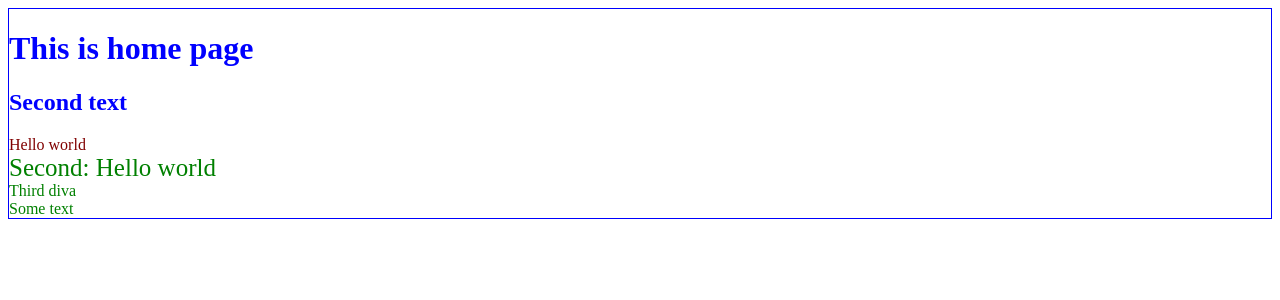
Repository: Vincerenko/Web-site
Page: http://localhost/index
These files come from the project's save history. The page is drawn as it stood at one moment and after the next save; the edit follows.
The browser window is 1280 px wide. The pictures show the whole page.
The page is this project's Thymeleaf template; nobody is signed in. The template is opened directly, without the code that normally fills it, so the values that code supplies are empty.

Above is the page before, as saved 2021-03-12 18:44:21.

After the next save:
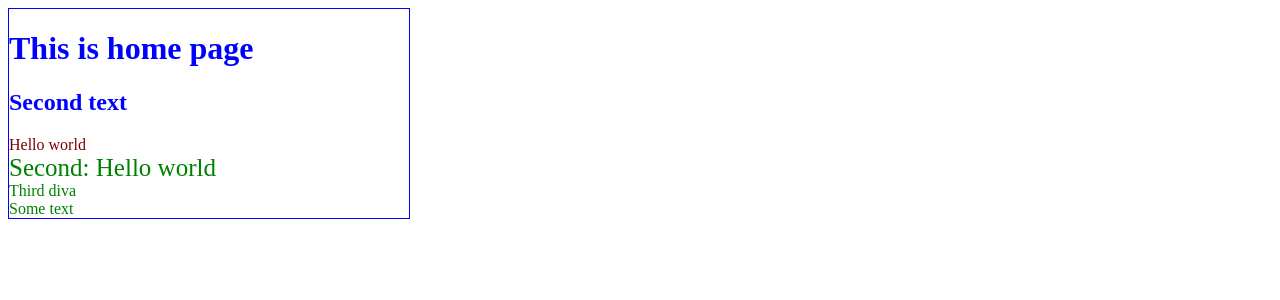
Saved 100 s later.
--- a/ckj_13_mvc/src/main/resources/static/style/demo.css
+++ b/ckj_13_mvc/src/main/resources/static/style/demo.css
@@ -15,4 +15,5 @@ font-size: 25px;
 
 .container{
 	border: 1px double blue;
+	width: 400px;
 }
